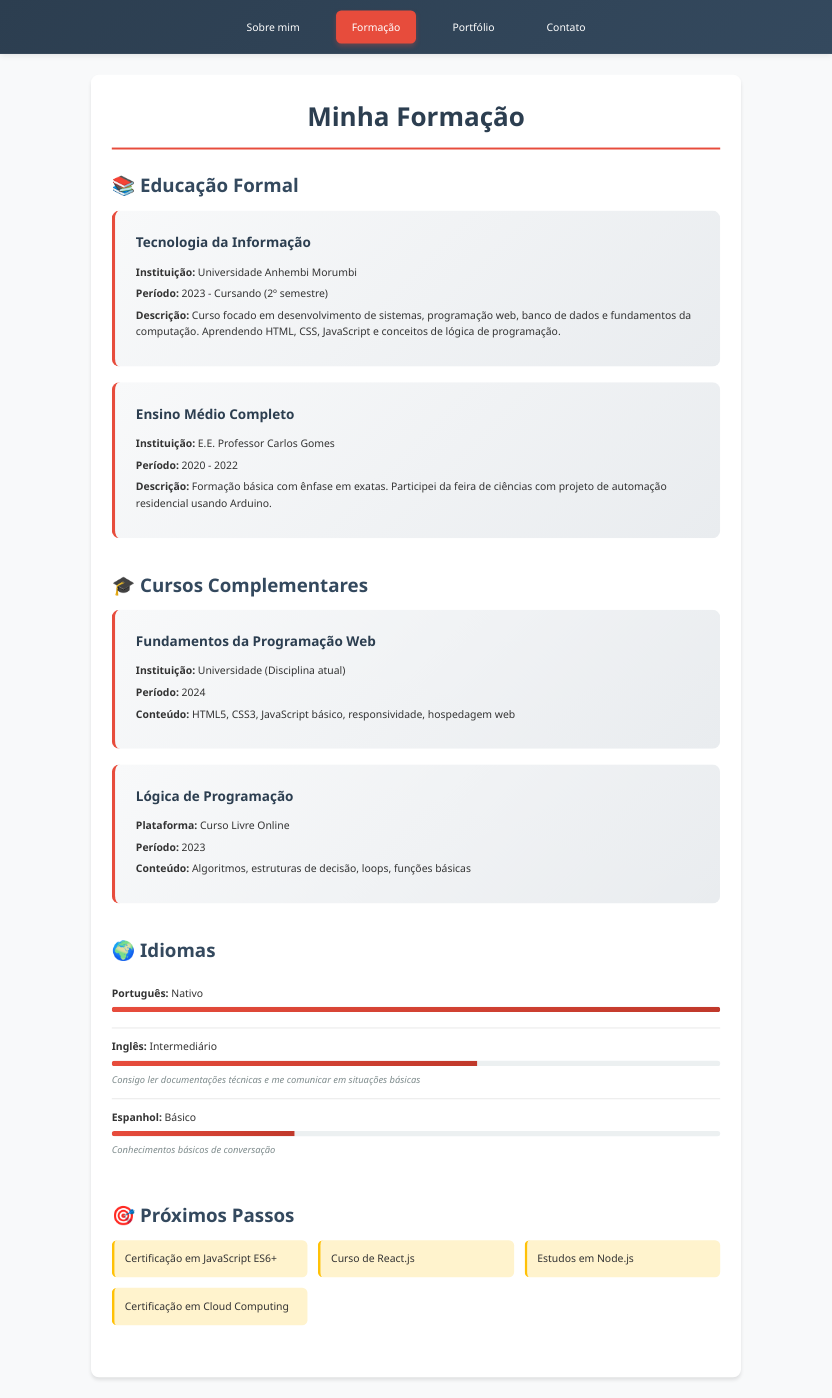
Repository: AnderHonorato/meu-portfolio
Page: formacao.html
The author's editor kept a copy of each file at every save. The page is drawn from the files as they stood at one save, then again after the next save.
The browser window is 1280 px wide. The pictures show the whole page, at 65% of full size.

Above is the page before, as saved 2025-08-26 20:07:05.

### formacao.html
<!DOCTYPE html>
<html lang="pt-br">
<head>
    <meta charset="UTF-8">
    <meta name="viewport" content="width=device-width, initial-scale=1.0">
    <title>Formação - João Silva</title>
    <link rel="stylesheet" href="css/style.css">
</head>
<body>
    <!-- Menu de navegação idêntico em todas as páginas -->
    <nav class="menu">
        <ul>
            <li><a href="index.html">Sobre mim</a></li>
            <li><a href="formacao.html" class="ativo">Formação</a></li>
            <li><a href="portfolio.html">Portfólio</a></li>
            <li><a href="contato.html">Contato</a></li>
        </ul>
    </nav>

    <!-- Conteúdo específico da página de formação -->
    <main class="conteudo">
        <h1>Minha Formação</h1>

        <!-- Seção de educação formal -->
        <div class="formacao-secao">
            <h2>📚 Educação Formal</h2>

            <div class="item-formacao">
                <h3>Tecnologia da Informação</h3>
                <p><strong>Instituição:</strong> Universidade Anhembi Morumbi</p>
                <p><strong>Período:</strong> 2023 - Cursando (2º semestre)</p>
                <p><strong>Descrição:</strong> Curso focado em desenvolvimento de sistemas, programação web, banco de dados e fundamentos da computação. Aprendendo HTML, CSS, JavaScript e conceitos de lógica de programação.</p>
            </div>

            <div class="item-formacao">
                <h3>Ensino Médio Completo</h3>
                <p><strong>Instituição:</strong> E.E. Professor Carlos Gomes</p>
                <p><strong>Período:</strong> 2020 - 2022</p>
                <p><strong>Descrição:</strong> Formação básica com ênfase em exatas. Participei da feira de ciências com projeto de automação residencial usando Arduino.</p>
            </div>
        </div>

        <!-- Seção de cursos complementares -->
        <div class="formacao-secao">
            <h2>🎓 Cursos Complementares</h2>

            <div class="item-formacao">
                <h3>Fundamentos da Programação Web</h3>
                <p><strong>Instituição:</strong> Universidade (Disciplina atual)</p>
                <p><strong>Período:</strong> 2024</p>
                <p><strong>Conteúdo:</strong> HTML5, CSS3, JavaScript básico, responsividade, hospedagem web</p>
            </div>

            <div class="item-formacao">
                <h3>Lógica de Programação</h3>
                <p><strong>Plataforma:</strong> Curso Livre Online</p>
                <p><strong>Período:</strong> 2023</p>
                <p><strong>Conteúdo:</strong> Algoritmos, estruturas de decisão, loops, funções básicas</p>
            </div>
        </div>

        <!-- Seção de idiomas -->
        <div class="formacao-secao">
            <h2>🌍 Idiomas</h2>

            <ul class="lista-idiomas">
                <li>
                    <strong>Português:</strong> Nativo
                    <div class="nivel-idioma">
                        <div class="barra-progresso">
                            <div class="progresso" style="width: 100%"></div>
                        </div>
                    </div>
                </li>

                <li>
                    <strong>Inglês:</strong> Intermediário
                    <div class="nivel-idioma">
                        <div class="barra-progresso">
                            <div class="progresso" style="width: 60%"></div>
                        </div>
                        <span class="descricao-nivel">Consigo ler documentações técnicas e me comunicar em situações básicas</span>
                    </div>
                </li>

                <li>
                    <strong>Espanhol:</strong> Básico
                    <div class="nivel-idioma">
                        <div class="barra-progresso">
                            <div class="progresso" style="width: 30%"></div>
                        </div>
                        <span class="descricao-nivel">Conhecimentos básicos de conversação</span>
                    </div>
                </li>
            </ul>
        </div>

        <!-- Seção de certificações planejadas -->
        <div class="formacao-secao">
            <h2>🎯 Próximos Passos</h2>
            <div class="proximos-estudos">
                <ul>
                    <li>Certificação em JavaScript ES6+</li>
                    <li>Curso de React.js</li>
                    <li>Estudos em Node.js</li>
                    <li>Certificação em Cloud Computing</li>
                </ul>
            </div>
        </div>
    </main>
</body>
</html>

### css/style.css
/* Reset básico e configurações globais */
* {
    margin: 0;
    padding: 0;
    box-sizing: border-box;
}

/* Configurações do corpo da página */
body {
    font-family: 'Segoe UI', Tahoma, Geneva, Verdana, sans-serif;
    line-height: 1.6;
    color: #333;
    background-color: #f8f9fa;
}

/* Menu de navegação - SEMPRE VISÍVEL */
.menu {
    background: linear-gradient(135deg, #2c3e50, #34495e);
    padding: 1rem 0;
    position: sticky; /* Menu fica fixo no topo ao rolar */
    top: 0;
    z-index: 1000; /* Garante que fica por cima de outros elementos */
    box-shadow: 0 2px 10px rgba(0,0,0,0.1);
}

.menu ul {
    list-style: none;
    display: flex;
    justify-content: center;
    gap: 2rem;
    max-width: 1200px;
    margin: 0 auto;
    padding: 0 1rem;
}

.menu a {
    color: white;
    text-decoration: none;
    padding: 0.8rem 1.5rem;
    border-radius: 8px;
    transition: all 0.3s ease;
    display: block;
    font-weight: 500;
}

.menu a:hover {
    background-color: rgba(255, 255, 255, 0.1);
    transform: translateY(-2px);
}

.menu a.ativo {
    background-color: #e74c3c;
    box-shadow: 0 4px 8px rgba(231, 76, 60, 0.3);
}

/* Conteúdo principal */
.conteudo {
    max-width: 1000px;
    margin: 2rem auto;
    padding: 0 1rem;
    background-color: white;
    border-radius: 12px;
    box-shadow: 0 4px 6px rgba(0,0,0,0.1);
    padding: 2rem;
}

.conteudo h1 {
    color: #2c3e50;
    margin-bottom: 1.5rem;
    text-align: center;
    font-size: 2.5rem;
    border-bottom: 3px solid #e74c3c;
    padding-bottom: 1rem;
}

.conteudo h2 {
    color: #34495e;
    margin: 2rem 0 1rem 0;
    font-size: 1.8rem;
}

/* === ESTILOS PÁGINA SOBRE MIM === */
.sobre-container {
    display: grid;
    grid-template-columns: 250px 1fr;
    gap: 2rem;
    margin-top: 2rem;
}

.foto-perfil {
    text-align: center;
}

.placeholder-foto {
    width: 200px;
    height: 200px;
    border-radius: 50%;
    background: linear-gradient(135deg, #e74c3c, #c0392b);
    display: flex;
    align-items: center;
    justify-content: center;
    color: white;
    font-weight: bold;
    margin: 0 auto;
    box-shadow: 0 8px 16px rgba(231, 76, 60, 0.3);
}

.foto-perfil img {
    width: 200px;
    height: 200px;
    border-radius: 50%;
    object-fit: cover;
    box-shadow: 0 8px 16px rgba(0,0,0,0.2);
}

.texto-sobre {
    flex: 1;
}

.texto-sobre p {
    margin-bottom: 1rem;
    text-align: justify;
    font-size: 1.1rem;
}

.lista-hobbies {
    list-style: none;
    margin: 1rem 0;
}

.lista-hobbies li {
    padding: 0.5rem 0;
    font-size: 1.1rem;
    border-bottom: 1px solid #eee;
    transition: all 0.3s ease;
}

.lista-hobbies li:hover {
    background-color: #f8f9fa;
    padding-left: 1rem;
    border-left: 4px solid #e74c3c;
}

.info-adicional {
    margin-top: 3rem;
    padding: 2rem;
    background: linear-gradient(135deg, #ecf0f1, #bdc3c7);
    border-radius: 12px;
}

/* === ESTILOS PÁGINA FORMAÇÃO === */
.formacao-secao {
    margin-bottom: 3rem;
}

.item-formacao {
    background: linear-gradient(135deg, #f8f9fa, #e9ecef);
    padding: 2rem;
    border-radius: 12px;
    margin-bottom: 1.5rem;
    border-left: 5px solid #e74c3c;
    transition: transform 0.3s ease;
}

.item-formacao:hover {
    transform: translateY(-5px);
    box-shadow: 0 8px 16px rgba(0,0,0,0.1);
}

.item-formacao h3 {
    color: #2c3e50;
    margin-bottom: 1rem;
    font-size: 1.3rem;
}

.item-formacao p {
    margin-bottom: 0.5rem;
}

.lista-idiomas {
    list-style: none;
}

.lista-idiomas li {
    padding: 1rem 0;
    border-bottom: 1px solid #ddd;
}

.lista-idiomas li:last-child {
    border-bottom: none;
}

.nivel-idioma {
    margin-top: 0.5rem;
}

.barra-progresso {
    width: 100%;
    height: 8px;
    background-color: #ecf0f1;
    border-radius: 4px;
    overflow: hidden;
    margin: 0.5rem 0;
}

.progresso {
    height: 100%;
    background: linear-gradient(90deg, #e74c3c, #c0392b);
    transition: width 0.3s ease;
}

.descricao-nivel {
    font-size: 0.9rem;
    color: #7f8c8d;
    font-style: italic;
}

.proximos-estudos ul {
    list-style: none;
    display: grid;
    grid-template-columns: repeat(auto-fit, minmax(250px, 1fr));
    gap: 1rem;
}

.proximos-estudos li {
    background-color: #fff3cd;
    padding: 1rem;
    border-radius: 8px;
    border-left: 4px solid #ffc107;
    font-weight: 500;
}

/* === ESTILOS PÁGINA PORTFÓLIO === */
.intro-portfolio {
    text-align: center;
    font-size: 1.2rem;
    margin-bottom: 2rem;
    padding: 1rem;
    background-color: #f8f9fa;
    border-radius: 8px;
    border-left: 4px solid #e74c3c;
}

.projetos-grid {
    display: grid;
    grid-template-columns: repeat(auto-fit, minmax(350px, 1fr));
    gap: 2rem;
    margin-bottom: 3rem;
}

.projeto-item {
    background: linear-gradient(135deg, #ffffff, #f8f9fa);
    padding: 2rem;
    border-radius: 12px;
    box-shadow: 0 4px 8px rgba(0,0,0,0.1);
    transition: all 0.3s ease;
    border-top: 4px solid #e74c3c;
}

.projeto-item:hover {
    transform: translateY(-8px);
    box-shadow: 0 12px 24px rgba(0,0,0,0.15);
}

.projeto-item h3 {
    color: #2c3e50;
    margin-bottom: 1rem;
    font-size: 1.4rem;
}

.tags-projeto {
    margin-bottom: 1rem;
}

.tag {
    display: inline-block;
    background: linear-gradient(135deg, #e74c3c, #c0392b);
    color: white;
    padding: 0.3rem 0.8rem;
    border-radius: 20px;
    font-size: 0.8rem;
    margin-right: 0.5rem;
    font-weight: 500;
}

.projeto-detalhes {
    margin: 1rem 0;
    padding: 1rem;
    background-color: #f8f9fa;
    border-radius: 8px;
}

.projeto-detalhes p {
    margin-bottom: 0.5rem;
    font-size: 0.9rem;
}

.btn-projeto {
    display: inline-block;
    background: linear-gradient(135deg, #3498db, #2980b9);
    color: white;
    padding: 0.8rem 1.5rem;
    text-decoration: none;
    border-radius: 8px;
    transition: all 0.3s ease;
    font-weight: 500;
}

.btn-projeto:hover {
    transform: translateY(-2px);
    box-shadow: 0 4px 8px rgba(52, 152, 219, 0.3);
}

/* Habilidades técnicas */
.habilidades-secao {
    margin-top: 3rem;
    padding: 2rem;
    background: linear-gradient(135deg, #ecf0f1, #bdc3c7);
    border-radius: 12px;
}

.habilidades-grid {
    display: grid;
    grid-template-columns: repeat(auto-fit, minmax(250px, 1fr));
    gap: 1.5rem;
    margin-top: 1rem;
}

.habilidade-item {
    background-color: white;
    padding: 1.5rem;
    border-radius: 8px;
    box-shadow: 0 2px 4px rgba(0,0,0,0.1);
}

.habilidade-item h4 {
    color: #2c3e50;
    margin-bottom: 1rem;
    font-size: 1.1rem;
}

.nivel-habilidade {
    display: flex;
    align-items: center;
    gap: 1rem;
}

.barra-habilidade {
    flex: 1;
    height: 8px;
    background-color: #ecf0f1;
    border-radius: 4px;
    overflow: hidden;
}

.progresso-habilidade {
    height: 100%;
    background: linear-gradient(90deg, #27ae60, #2ecc71);
    transition: width 0.3s ease;
}

.estudos-atuais {
    margin-top: 2rem;
    padding: 2rem;
    background-color: #e8f5e8;
    border-radius: 12px;
    border-left: 5px solid #27ae60;
}

.lista-estudos {
    list-style: none;
    display: grid;
    grid-template-columns: repeat(auto-fit, minmax(300px, 1fr));
    gap: 1rem;
}

.lista-estudos li {
    padding: 1rem;
    background-color: white;
    border-radius: 8px;
    box-shadow: 0 2px 4px rgba(0,0,0,0.1);
    transition: transform 0.3s ease;
}

.lista-estudos li:hover {
    transform: translateX(10px);
}

/* === ESTILOS PÁGINA CONTATO === */
.intro-contato {
    text-align: center;
    font-size: 1.2rem;
    margin-bottom: 2rem;
    padding: 1rem;
    background: linear-gradient(135deg, #d4edda, #c3e6cb);
    border-radius: 8px;
    border-left: 4px solid #28a745;
}

.contato-container {
    display: grid;
    grid-template-columns: 2fr 1fr;
    gap: 3rem;
    margin-top: 2rem;
}

.formulario-contato {
    background-color: #f8f9fa;
    padding: 2rem;
    border-radius: 12px;
    box-shadow: 0 4px 8px rgba(0,0,0,0.1);
}

.formulario-contato h2 {
    color: #2c3e50;
    margin-bottom: 1.5rem;
    text-align: center;
}

.form-contato {
    display: flex;
    flex-direction: column;
    gap: 1.5rem;
}

.campo {
    display: flex;
    flex-direction: column;
}

.campo.checkbox {
    flex-direction: row;
    align-items: center;
    gap: 0.5rem;
}

.campo.checkbox input {
    width: auto;
}

.campo label {
    margin-bottom: 0.5rem;
    font-weight: 600;
    color: #2c3e50;
}

.campo input,
.campo textarea,
.campo select {
    padding: 0.8rem;
    border: 2px solid #ddd;
    border-radius: 8px;
    font-size: 1rem;
    transition: border-color 0.3s ease;
    font-family: inherit;
}

.campo input:focus,
.campo textarea:focus,
.campo select:focus {
    outline: none;
    border-color: #e74c3c;
    box-shadow: 0 0 0 3px rgba(231, 76, 60, 0.1);
}

.btn-enviar {
    background: linear-gradient(135deg, #e74c3c, #c0392b);
    color: white;
    padding: 1rem 2rem;
    border: none;
    border-radius: 8px;
    cursor: pointer;
    font-size: 1.1rem;
    font-weight: 600;
    transition: all 0.3s ease;
}

.btn-enviar:hover {
    transform: translateY(-2px);
    box-shadow: 0 4px 8px rgba(231, 76, 60, 0.3);
}

.mensagem-retorno {
    margin-top: 1rem;
    padding: 1rem;
    background-color: #d4edda;
    border: 1px solid #c3e6cb;
    border-radius: 8px;
    color: #155724;
    text-align: center;
    font-weight: 500;
}

/* Informações de contato */
.info-contato {
    background-color: white;
    padding: 2rem;
    border-radius: 12px;
    box-shadow: 0 4px 8px rgba(0,0,0,0.1);
    height: fit-content;
}

.info-contato h2 {
    color: #2c3e50;
    margin-bottom: 1.5rem;
    text-align: center;
}

.contato-item {
    margin-bottom: 2rem;
    padding: 1rem;
    background-color: #f8f9fa;
    border-radius: 8px;
    border-left: 4px solid #3498db;
}

.contato-item h3 {
    color: #2c3e50;
    margin-bottom: 0.5rem;
    font-size: 1.1rem;
}

.contato-item p {
    font-weight: 600;
    color: #34495e;
    margin-bottom: 0.3rem;
}

.contato-item small {
    color: #7f8c8d;
    font-style: italic;
}

.disponibilidade {
    padding: 1rem;
    background: linear-gradient(135deg, #fff3cd, #ffeaa7);
    border-radius: 8px;
    border-left: 4px solid #ffc107;
}

.disponibilidade h3 {
    color: #2c3e50;
    margin-bottom: 1rem;
}

.disponibilidade ul {
    list-style: none;
}

.disponibilidade li {
    padding: 0.3rem 0;
    color: #856404;
}

/* Dicas de contato */
.dicas-contato {
    margin-top: 3rem;
    padding: 2rem;
    background: linear-gradient(135deg, #e8f4fd, #d1ecf1);
    border-radius: 12px;
}

.dicas-grid {
    display: grid;
    grid-template-columns: repeat(auto-fit, minmax(250px, 1fr));
    gap: 1.5rem;
    margin-top: 1rem;
}

.dica-item {
    background-color: white;
    padding: 1.5rem;
    border-radius: 8px;
    box-shadow: 0 2px 4px rgba(0,0,0,0.1);
    transition: transform 0.3s ease;
}

.dica-item:hover {
    transform: translateY(-5px);
}

.dica-item h4 {
    color: #2c3e50;
    margin-bottom: 1rem;
}

.dica-item p {
    color: #34495e;
    font-size: 0.9rem;
}

/* === RESPONSIVIDADE === */
@media (max-width: 768px) {
    /* Menu responsivo */
    .menu ul {
        flex-wrap: wrap;
        gap: 0.5rem;
        justify-content: center;
    }

    .menu a {
        padding: 0.6rem 1rem;
        font-size: 0.9rem;
    }

    /* Conteúdo */
    .conteudo {
        margin: 1rem;
        padding: 1.5rem;
    }

    .conteudo h1 {
        font-size: 2rem;
    }

    /* Sobre mim responsivo */
    .sobre-container {
        grid-template-columns: 1fr;
        text-align: center;
        gap: 1.5rem;
    }

    /* Formação responsiva */
    .item-formacao {
        padding: 1.5rem;
    }

    /* Portfólio responsivo */
    .projetos-grid {
        grid-template-columns: 1fr;
        gap: 1.5rem;
    }

    .habilidades-grid {
        grid-template-columns: 1fr;
    }

    /* Contato responsivo */
    .contato-container {
        grid-template-columns: 1fr;
        gap: 2rem;
    }

    .dicas-grid {
        grid-template-columns: 1fr;
    }
}

@media (max-width: 480px) {
    .conteudo {
        padding: 1rem;
    }

    .conteudo h1 {
        font-size: 1.8rem;
    }

    .menu ul {
        flex-direction: column;
        gap: 0.3rem;
    }

    .projeto-item,
    .item-formacao,
    .formulario-contato {
        padding: 1rem;
    }
}

/* Animações e efeitos especiais */
@keyframes slideInUp {
    from {
        opacity: 0;
        transform: translateY(30px);
    }
    to {
        opacity: 1;
        transform: translateY(0);
    }
}

.conteudo {
    animation: slideInUp 0.6s ease-out;
}

/* Scroll suave */
html {
    scroll-behavior: smooth;
}

After the next save:
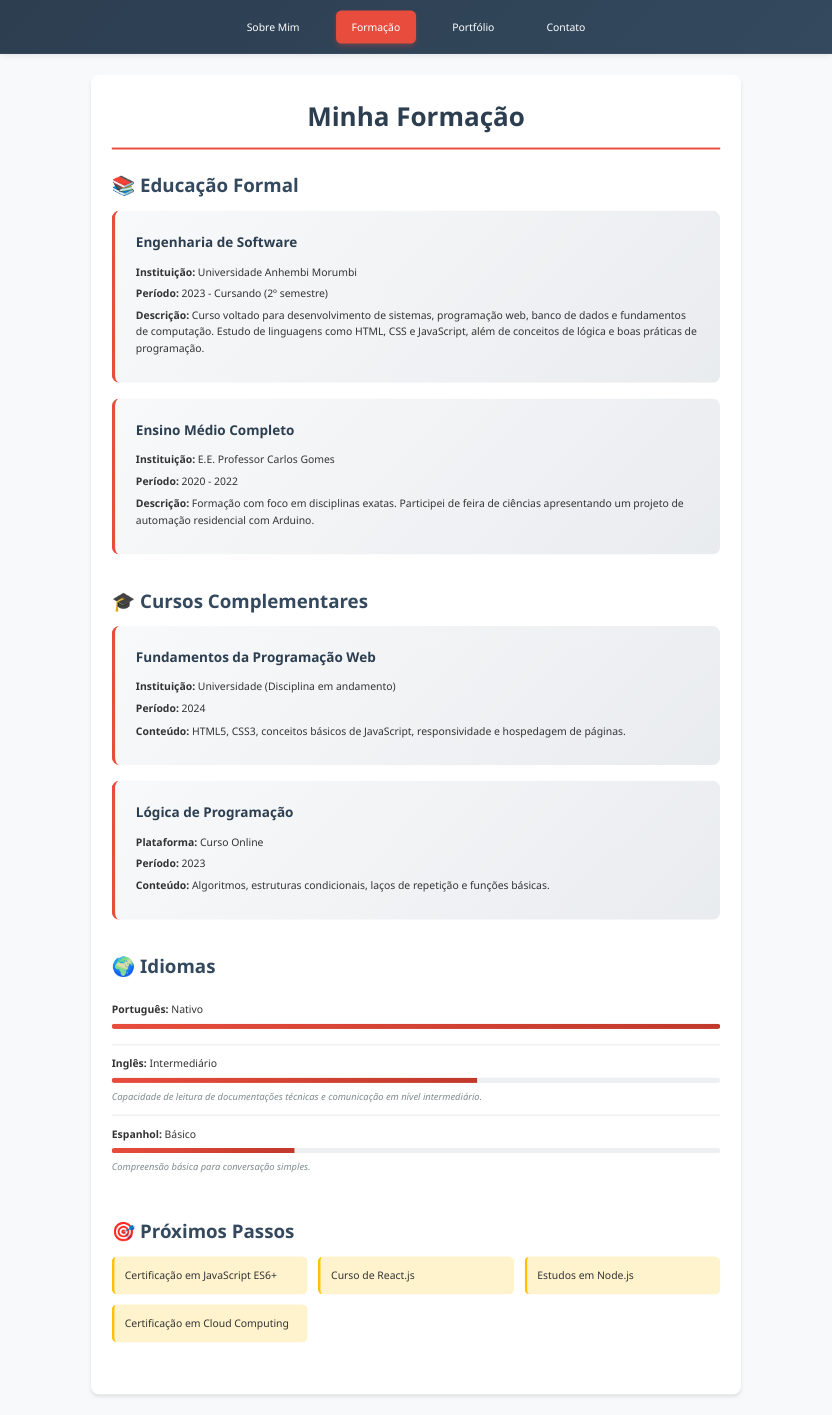
Saved 57 s later.
--- a/formacao.html
+++ b/formacao.html
@@ -3,63 +3,63 @@
 <head>
     <meta charset="UTF-8">
     <meta name="viewport" content="width=device-width, initial-scale=1.0">
-    <title>Formação - João Silva</title>
+    <title>Formação - Ander</title>
     <link rel="stylesheet" href="css/style.css">
 </head>
 <body>
-    <!-- Menu de navegação idêntico em todas as páginas -->
+    <!-- MENU DE NAVEGAÇÃO PADRÃO -->
     <nav class="menu">
         <ul>
-            <li><a href="index.html">Sobre mim</a></li>
+            <li><a href="index.html">Sobre Mim</a></li>
             <li><a href="formacao.html" class="ativo">Formação</a></li>
             <li><a href="portfolio.html">Portfólio</a></li>
             <li><a href="contato.html">Contato</a></li>
         </ul>
     </nav>
 
-    <!-- Conteúdo específico da página de formação -->
+    <!-- CONTEÚDO DA PÁGINA DE FORMAÇÃO -->
     <main class="conteudo">
         <h1>Minha Formação</h1>
 
-        <!-- Seção de educação formal -->
+        <!-- EDUCAÇÃO FORMAL -->
         <div class="formacao-secao">
             <h2>📚 Educação Formal</h2>
 
             <div class="item-formacao">
-                <h3>Tecnologia da Informação</h3>
+                <h3>Engenharia de Software</h3>
                 <p><strong>Instituição:</strong> Universidade Anhembi Morumbi</p>
                 <p><strong>Período:</strong> 2023 - Cursando (2º semestre)</p>
-                <p><strong>Descrição:</strong> Curso focado em desenvolvimento de sistemas, programação web, banco de dados e fundamentos da computação. Aprendendo HTML, CSS, JavaScript e conceitos de lógica de programação.</p>
+                <p><strong>Descrição:</strong> Curso voltado para desenvolvimento de sistemas, programação web, banco de dados e fundamentos de computação. Estudo de linguagens como HTML, CSS e JavaScript, além de conceitos de lógica e boas práticas de programação.</p>
             </div>
 
             <div class="item-formacao">
                 <h3>Ensino Médio Completo</h3>
                 <p><strong>Instituição:</strong> E.E. Professor Carlos Gomes</p>
                 <p><strong>Período:</strong> 2020 - 2022</p>
-                <p><strong>Descrição:</strong> Formação básica com ênfase em exatas. Participei da feira de ciências com projeto de automação residencial usando Arduino.</p>
+                <p><strong>Descrição:</strong> Formação com foco em disciplinas exatas. Participei de feira de ciências apresentando um projeto de automação residencial com Arduino.</p>
             </div>
         </div>
 
-        <!-- Seção de cursos complementares -->
+        <!-- CURSOS COMPLEMENTARES -->
         <div class="formacao-secao">
             <h2>🎓 Cursos Complementares</h2>
 
             <div class="item-formacao">
                 <h3>Fundamentos da Programação Web</h3>
-                <p><strong>Instituição:</strong> Universidade (Disciplina atual)</p>
+                <p><strong>Instituição:</strong> Universidade (Disciplina em andamento)</p>
                 <p><strong>Período:</strong> 2024</p>
-                <p><strong>Conteúdo:</strong> HTML5, CSS3, JavaScript básico, responsividade, hospedagem web</p>
+                <p><strong>Conteúdo:</strong> HTML5, CSS3, conceitos básicos de JavaScript, responsividade e hospedagem de páginas.</p>
             </div>
 
             <div class="item-formacao">
                 <h3>Lógica de Programação</h3>
-                <p><strong>Plataforma:</strong> Curso Livre Online</p>
+                <p><strong>Plataforma:</strong> Curso Online</p>
                 <p><strong>Período:</strong> 2023</p>
-                <p><strong>Conteúdo:</strong> Algoritmos, estruturas de decisão, loops, funções básicas</p>
+                <p><strong>Conteúdo:</strong> Algoritmos, estruturas condicionais, laços de repetição e funções básicas.</p>
             </div>
         </div>
 
-        <!-- Seção de idiomas -->
+        <!-- IDIOMAS -->
         <div class="formacao-secao">
             <h2>🌍 Idiomas</h2>
 
@@ -79,7 +79,7 @@
                         <div class="barra-progresso">
                             <div class="progresso" style="width: 60%"></div>
                         </div>
-                        <span class="descricao-nivel">Consigo ler documentações técnicas e me comunicar em situações básicas</span>
+                        <span class="descricao-nivel">Capacidade de leitura de documentações técnicas e comunicação em nível intermediário.</span>
                     </div>
                 </li>
 
@@ -89,13 +89,13 @@
                         <div class="barra-progresso">
                             <div class="progresso" style="width: 30%"></div>
                         </div>
-                        <span class="descricao-nivel">Conhecimentos básicos de conversação</span>
+                        <span class="descricao-nivel">Compreensão básica para conversação simples.</span>
                     </div>
                 </li>
             </ul>
         </div>
 
-        <!-- Seção de certificações planejadas -->
+        <!-- PRÓXIMOS PASSOS -->
         <div class="formacao-secao">
             <h2>🎯 Próximos Passos</h2>
             <div class="proximos-estudos">
